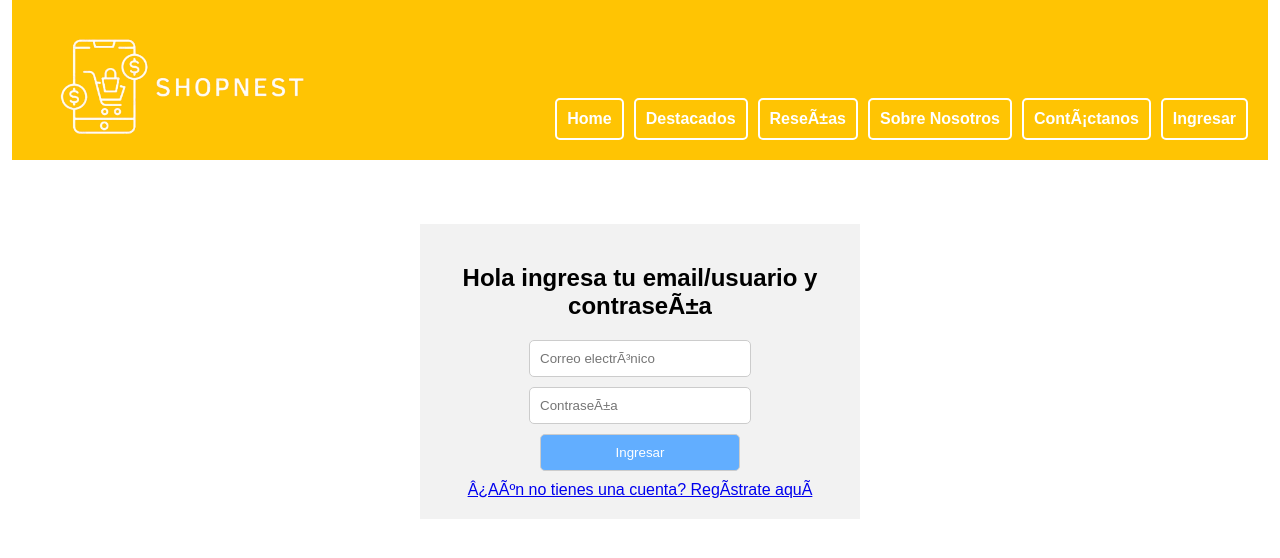
Repository: Regmalek07/ProyectoU
Page: inicio_sesion.html
The author's editor kept a copy of each file at every save. The page is drawn from the files as they stood at one save, then again after the next save.
The browser window is 1280 px wide. The pictures show the whole page.

Above is the page before, as saved 2024-04-29 14:13:45.
Console error: TypeError: Cannot read properties of null (reading 'style')

### inicio_sesion.html
<!DOCTYPE html>
<html>
    <head lang="es">
        <meta charset="UFT-8">
        <title>Inicio</title>
        <link rel="stylesheet" href="styles/styles.css">
    </head>
    <body>
        <header>
            <div class="logo">
                <a href="home.html">
                    <img src="images/Logo_1.png" alt="LogoShop">
                </a>
            </div>
            <nav>
                <ul>
                    <li><a href="home.html">Home</a></li>
                    <li><a href="destacado.html">Destacados</a></li>
                    <li><a href="resenas.html">Reseñas</a></li>
                    <li><a href="sobre_nosotros.html">Sobre Nosotros</a></li>
                    <li><a href="contacto.html">Contáctanos</a></li>
                    <li class="menu"> <!-- Cambia la clase a "menu" -->
                        <a>Ingresar</a>
                        <ul>
                            <li><a href="inicio_sesion.html">Iniciar Sesion</a></li>
                            <li><a href="registro.html">Regístrate</a></li>
                        </ul>
                    </li>
                </ul>
            </nav>
        </header>
        <section class="landing">
            <h1>Hola ingresa tu email/usuario y contraseña</h1>
            <form id="login-form">
                <input type="email" name="correo" placeholder="Correo electrónico" required>
                <input type="password" name="contrasena" placeholder="Contraseña" required>
                <button type="submit">Ingresar</button>
            </form>
            <a href="registro.html">¿Aún no tienes una cuenta? Regístrate aquí</a>
        </section>
        <script src="login.js"></script>
    </body>
</html>

### styles/styles.css
body {
    font-family: Arial, sans-serif;
    margin: 0;
    padding: 0;
    display: flex;
    flex-direction: column;
    align-items: center;
}

h1 {
    text-align: center;
}

p {
    text-align: center;
}
/* Estilos para el banner */

header {
    background-color: #ffc403;
    padding: 20px;
    display: flex;
    justify-content: space-between;
    align-items: center;
    max-height: 120px;
    width: 95%;
}

.logo img {
    width: 300px;
}

/* Estilos para la sección de landing */
.landing {
    background-color: #f2f2f2;
    margin: 5% 0;
    padding: 20px;
    text-align: center;
    max-width: 400px;
}

/* Estilos para los formularios */
input[type="email"],
input[type="password"],
button {
    margin: 10px auto;
    padding: 10px;
    width: 200px;
    display: block;
    border: 1px solid #ccc;
    border-radius: 5px;
}

button {
    background-color: #62aeff;
    color: #fff;
    cursor: pointer;
}

nav {
    margin-top: auto;
}

nav ul {
    list-style-type: none;
    margin: 0;
    padding: 0;
    display: flex;
    justify-content: center;
}

nav li {
    margin-right: 10px;
    position: relative;
    border: 2px solid #fff; /* Agrega un borde delineado blanco */
    border-radius: 5px; /* Redondea las esquinas del recuadro */
}

nav li:last-child {
    margin-right: 0;
}

nav span {
    position: absolute;
    top: 50%;
    right: -10px;
    transform: translateY(-50%);
}

nav a {
    text-decoration: none;
    color: #fff; /* Cambia el color del texto a amarillo */
    font-weight: bold;
    display: block;
    padding: 10px; /* Añade un relleno para mejorar la apariencia */
}

nav a:hover {
    background-color: #fff; /* Cambia el fondo al pasar el ratón */
    color: #ffc403; /* Cambia el color del texto al pasar el ratón */
}

/* Estilos para el botón de ingresar */
.menu:hover {
    background-color: #fff; /* Cambia el fondo al pasar el ratón */
}

.menu ul {
    list-style-type: none;
    padding: 0;
    margin: 0;
    display: none; /* Oculta las opciones por defecto */
    position: absolute;
    top: 100%;
    left: 0;
    width: 100%;
}

.menu:hover ul {
    display: block; /* Muestra las opciones al pasar el ratón */
}

.menu ul li {
    border-top: 2px solid #fff; /* Agrega un borde delineado blanco */
    background-color: #ffc403;
}

.menu ul li:first-child {
    border-top: none; /* Elimina el borde superior del primer elemento */
}

.menu ul li a {
    display: block;
    text-decoration: none;
    color: #fff; /* Cambia el color del texto a amarillo */
    padding: 10px; /* Añade un relleno para mejorar la apariencia */
}

.menu ul li a:hover {
    background-color: #fff; /* Cambia el fondo al pasar el ratón */
    color: #ffc403; /* Cambia el color del texto al pasar el ratón */
}

### login.js
document.addEventListener("DOMContentLoaded", function() {
    // Verificar el estado de autenticación al cargar la página
    var isAuthenticated = localStorage.getItem("authenticated");

    if (isAuthenticated) {
        // Si el usuario no está autenticado, redirigir al inicio de sesión
        window.location.href = "home.html";
    } else {
        // Si el usuario no está autenticado, ocultar el botón de cierre de sesión
        document.getElementById("logout-button").style.display = "none";
    }
});
document.getElementById("login-form").addEventListener("submit", function(event) {
    event.preventDefault(); // Evitar el envío del formulario por defecto

    var formData = new FormData(this); // Obtener los datos del formulario

    // Convertir los datos del formulario a un objeto JSON
    var jsonData = {};
    formData.forEach(function(value, key) {
        jsonData[key] = value;
    });

    // Enviar los datos de inicio de sesión al servidor
    fetch('http://localhost:3000/usuarios?correo=' + encodeURIComponent(jsonData.correo) + '&contrasena=' + encodeURIComponent(jsonData.contrasena))
    .then(response => response.json())
    .then(data => {
        if (data.length > 0) {
            // Usuario autenticado, guardar estado de autenticación
            localStorage.setItem("authenticated", "true");
            // Usuario autenticado, redirigir a la página de home
            window.location.href = 'home.html';
        } else {
            // Credenciales incorrectas, mostrar un mensaje de error
            alert('Usuario o contraseña incorrectos. Por favor, inténtelo de nuevo.');
        }
    })
    .catch((error) => {
        console.error('Error al iniciar sesión:', error);
    });
});

After the next save:
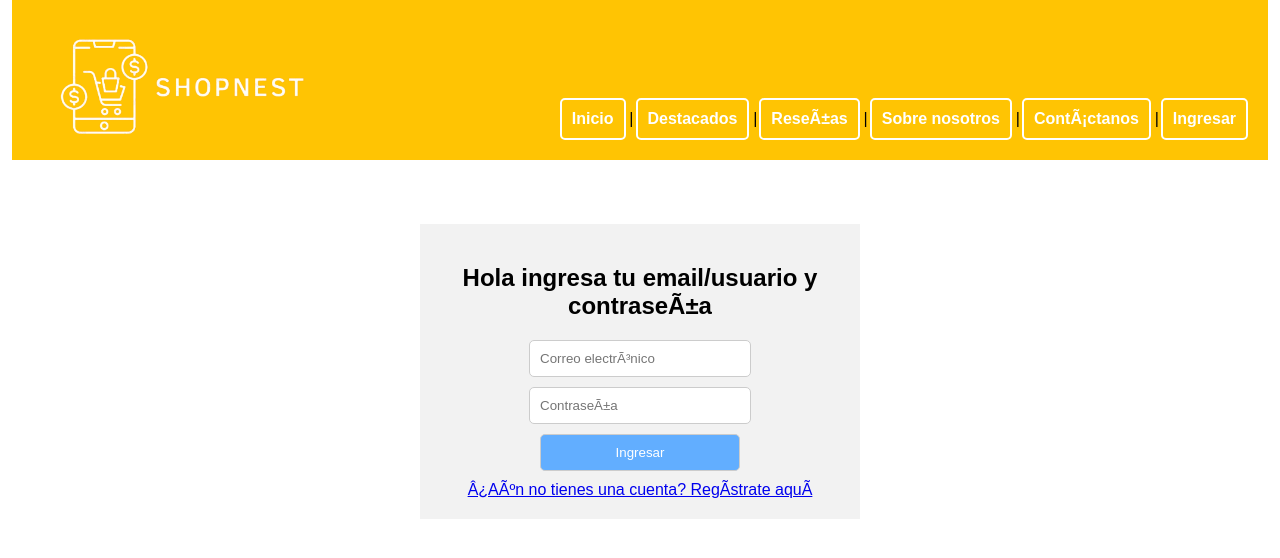
Saved 4 min 52 s later.
--- a/inicio_sesion.html
+++ b/inicio_sesion.html
@@ -14,11 +14,11 @@
             </div>
             <nav>
                 <ul>
-                    <li><a href="home.html">Home</a></li>
-                    <li><a href="destacado.html">Destacados</a></li>
-                    <li><a href="resenas.html">Reseñas</a></li>
-                    <li><a href="sobre_nosotros.html">Sobre Nosotros</a></li>
-                    <li><a href="contacto.html">Contáctanos</a></li>
+                    <li><a href="home.html">Inicio</a><span>|</span></li>
+                    <li><a href="destacado.html">Destacados</a><span>|</span></li>
+                    <li><a href="resena.html">Reseñas</a><span>|</span></li>
+                    <li><a href="sobre_nosotros.html">Sobre nosotros</a><span>|</span></li>
+                    <li><a href="contacto.html">Contáctanos</a><span>|</span></li>
                     <li class="menu"> <!-- Cambia la clase a "menu" -->
                         <a>Ingresar</a>
                         <ul>
